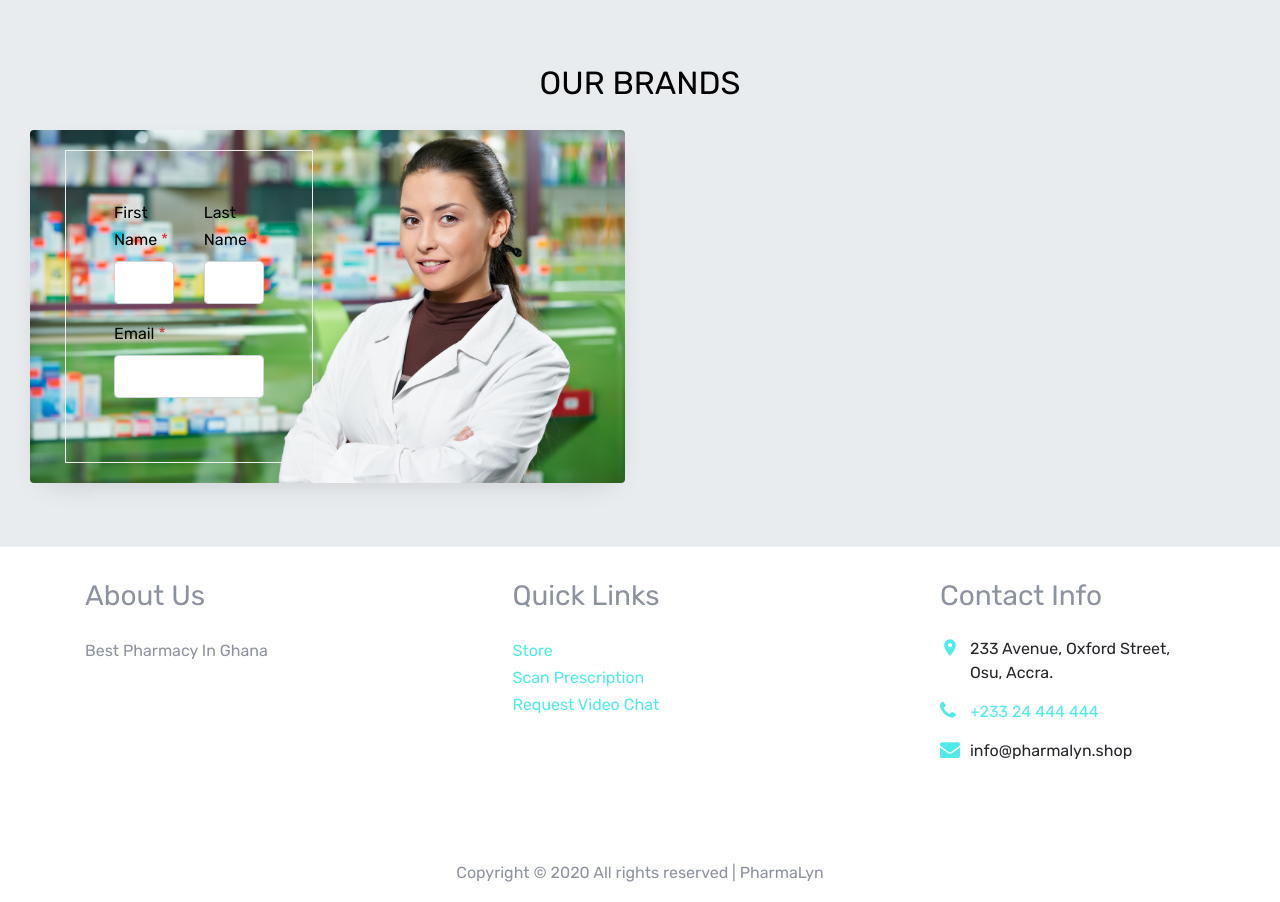
Repository: Nat-A/finalyearproject
Page: pharma/index - Copy.html
These files come from the project's save history. The page is drawn as it stood at one moment and after the next save; the edit follows.
The browser window is 1280 px wide. The pictures show the part of the page from y = 802 to 1704 px (the page is 1704 px tall).

Above is the page before, as saved 2020-06-03 12:48:50.

### pharma/index - Copy.html
<!DOCTYPE html>
<html lang="en">

<head>
    <title>PharmaLyn &mdash; HomePage</title>
    <meta charset="utf-8">
    <meta name="viewport" content="width=device-width, initial-scale=1, shrink-to-fit=no">

    <link href="https://fonts.googleapis.com/css?family=Rubik:400,700|Crimson+Text:400,400i" rel="stylesheet">
    <link rel="stylesheet" href="fonts/icomoon/style.css">

    <link rel="stylesheet" href="css/bootstrap.min.css">
    <link rel="stylesheet" href="css/magnific-popup.css">
    <link rel="stylesheet" href="css/jquery-ui.css">
    <link rel="stylesheet" href="css/owl.carousel.min.css">
    <link rel="stylesheet" href="css/owl.theme.default.min.css">


    <link rel="stylesheet" href="css/aos.css">

    <link rel="stylesheet" href="css/style.css">

</head>

<body>

    <div class="site-wrap">

        <!-- navbar  -->
        <div class="site-navbar py-2">

            <div class="search-wrap">
                <div class="container">
                    <a href="#" class="search-close js-search-close"><span class="icon-close2"></span></a>
                    <!-- search feature -->
                    <form action="#" method="post">
                        <input type="text" class="form-control" placeholder="Search drug...">
                    </form>
                </div>
            </div>

            <div class="container">
                <div class="d-flex align-items-center justify-content-between">
                    <div class="logo">
                        <div class="site-logo">
                            <a href="index.html" class="js-logo-clone">PharmaLyn</a>
                        </div>
                    </div>
                    <div class="main-nav d-none d-lg-block">
                        <nav class="site-navigation text-right text-md-center" role="navigation">
                            <ul class="site-menu js-clone-nav d-none d-lg-block">
                                <li class="active"><a href="index.html">Home</a></li>

                                <li class="has-children">
                                    <a href="#">Services</a>
                                    <ul class="dropdown">
                                        <li><a href="shop.html">Store</a></li>
                                        <li><a href="#">Scan Prescription</a></li>
                                        <li><a href="#">Request Video Chat</a></li>
                                    </ul>
                                </li>
                                <li><a href="contact.html">Contact</a></li>
                                <li><a href="about.html">About</a></li>
                                <li><a href="#">Log In / Sign Up  </a></li>
                                <!-- insert modal here -->
                            </ul>
                        </nav>
                    </div>
                    <div class="icons">
                        <a href="#" class="icons-btn d-inline-block js-search-open"><span class="icon-search"></span></a>
                        <a href="cart.html" class="icons-btn d-inline-block bag">
                            <span class="icon-shopping-bag"></span>
                            <!-- subject to the items in the cart -->
                            <span class="number">2</span>
                        </a>
                        <a href="#" class="site-menu-toggle js-menu-toggle ml-3 d-inline-block d-lg-none"><span
                class="icon-menu"></span></a>
                    </div>
                </div>
            </div>
        </div>
        <!-- end of navbar -->


        <!-- site banner -->
        <div class="site-blocks-cover" style="background-image: url('images/pills.jpg');">
            <div class="container">
                <div class="row">
                    <div class="col-lg-7 mx-auto order-lg-2 align-self-center">
                        <div class="site-block-cover-content text-center">
                            <h2 class="sub-title">PharmaLyn, We Care For You</h2>
                            <h1>Welcome To PharmaLyn</h1>
                            <p>
                                <a href="shop.html" class="btn btn-primary px-5 py-3">Shop Now</a>
                            </p>
                        </div>
                    </div>
                </div>
            </div>
        </div>
        <!-- end of banner -->


        <!-- brands -->
        <div class="jumbotron jumbotron-fluid" style="background: ">
            <div class="container col-lg-12 col-md-12 m-sm-auto">
                <div class="row">
                    <div class="title-section text-center col-12">
                        <h2 class="text-uppercase">Our Brands</h2>
                    </div>
                </div>

                <div class="col-lg-6 mb-5 mb-lg-0 ">
                    <a class="banner-1 h-100 d-flex " style="background-image: url( 'images/avatars/doctor4.jpg'); ">
                        <div class="banner-1-inner align-self-center ">

                            <div class="col-md-12">

                                <form action="#" method="post">

                                    <div class="p-3 p-lg-5 border">
                                        <div class="form-group row">
                                            <div class="col-md-6">
                                                <label for="c_fname" class="text-black">First Name <span class="text-danger">*</span></label>
                                                <input type="text" class="form-control" id="c_fname" name="c_fname">
                                            </div>
                                            <div class="col-md-6">
                                                <label for="c_lname" class="text-black">Last Name <span class="text-danger">*</span></label>
                                                <input type="text" class="form-control" id="c_lname" name="c_lname">
                                            </div>
                                        </div>
                                        <div class="form-group row">
                                            <div class="col-md-12">
                                                <label for="c_email" class="text-black">Email <span class="text-danger">*</span></label>
                                                <input type="email" class="form-control" id="c_email" name="c_email" placeholder="">
                                            </div>
                                        </div>




                                    </div>
                                </form>
                            </div>
                        </div>
                    </a>
                </div>








            </div>
        </div>
        <div class="container ">
            <div class="row ">
                <div class="col-md-6 col-lg-3 mb-4 mb-lg-0 ">

                    <div class="block-7 ">
                        <h3 class="footer-heading mb-4 ">About Us</h3>
                        <p>Best Pharmacy In Ghana</p>
                    </div>

                </div>
                <div class="col-lg-3 mx-auto mb-5 mb-lg-0 ">
                    <h3 class="footer-heading mb-4 ">Quick Links</h3>
                    <ul class="list-unstyled ">
                        <li><a href="shop.html ">Store</a></li>
                        <li><a href="# ">Scan Prescription</a></li>
                        <li><a href="# ">Request Video Chat</a></li>
                    </ul>
                </div>

                <div class="col-md-6 col-lg-3 ">
                    <div class="block-5 mb-5 ">
                        <h3 class="footer-heading mb-4 ">Contact Info</h3>
                        <ul class="list-unstyled ">
                            <li class="address ">233 Avenue, Oxford Street, Osu, Accra. </li>
                            <li class="phone "><a href="tel:// ">+233 24 444 444</a></li>
                            <li class="email ">info@pharmalyn.shop</li>
                        </ul>
                    </div>
                </div>
            </div>
            <div class="row pt-5 text-center ">
                <div class="col-md-12 ">
                    <p>
                        Copyright &copy;
                        <script>
                            document.write(new Date().getFullYear());
                        </script> All rights reserved | PharmaLyn
                    </p>
                </div>
            </div>
        </div>
        </footer>
        <!-- end of footer -->
    </div>

    <script src="js/jquery-3.3.1.min.js "></script>
    <script src="js/jquery-ui.js "></script>
    <script src="js/popper.min.js "></script>
    <script src="js/bootstrap.min.js "></script>
    <script src="js/owl.carousel.min.js "></script>
    <script src="js/jquery.magnific-popup.min.js "></script>
    <script src="js/aos.js "></script>

    <script src="js/main.js "></script>

</body>

</html>

Loaded but not shown: pharma/fonts/icomoon/style.css (common file); pharma/css/bootstrap.min.css (library); pharma/css/magnific-popup.css (library); pharma/css/jquery-ui.css (library); pharma/css/owl.carousel.min.css (common file); pharma/css/owl.theme.default.min.css (common file); pharma/css/aos.css (library); pharma/js/jquery-3.3.1.min.js (library); pharma/js/jquery-ui.js (library); pharma/js/popper.min.js (library); pharma/js/bootstrap.min.js (library); pharma/js/owl.carousel.min.js (library); pharma/js/jquery.magnific-popup.min.js (library); pharma/js/aos.js (library); pharma/js/main.js (219 lines, source omitted); pharma/css/style.css (1125 lines, source omitted)

After the next save:
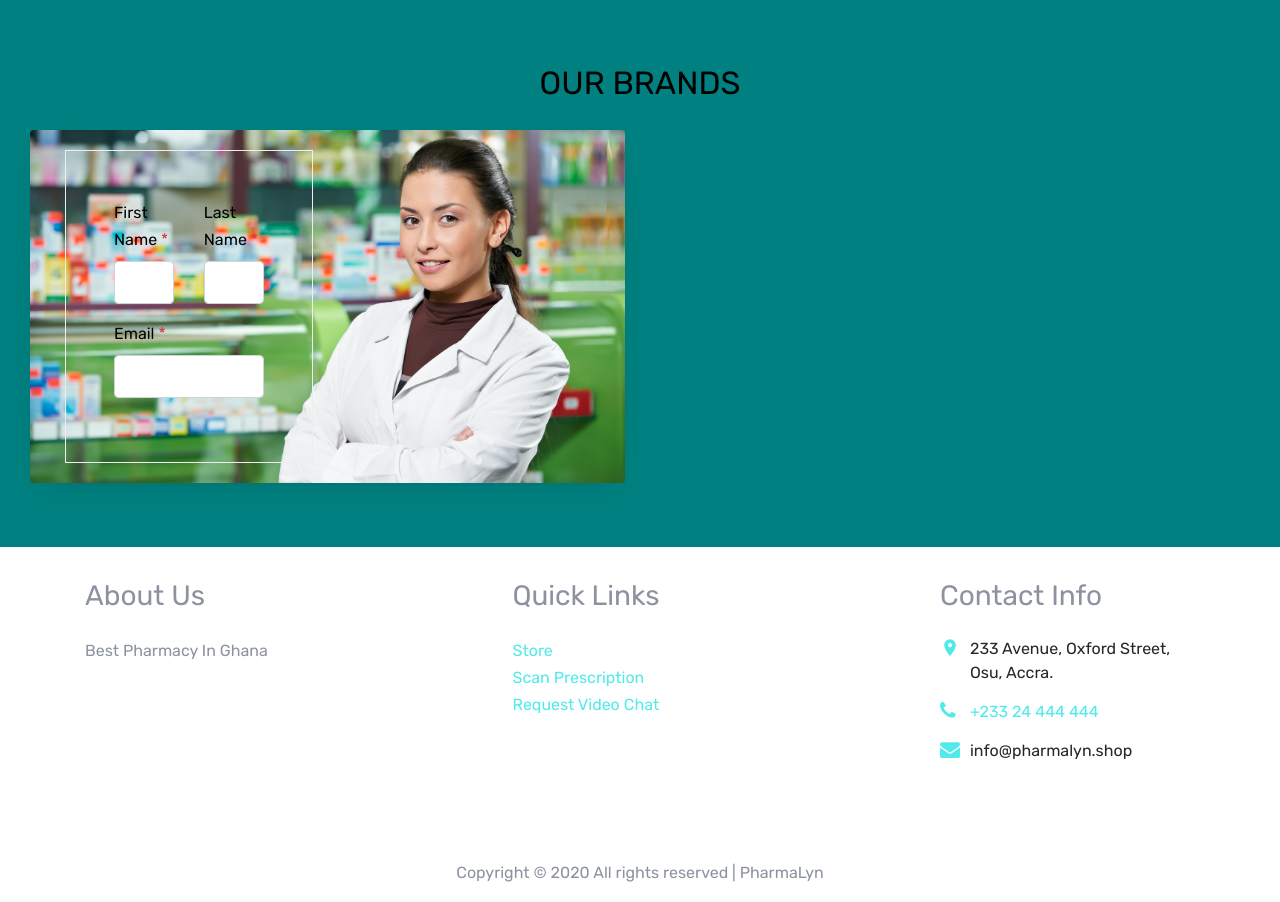
Saved 10 s later.
--- a/pharma/index - Copy.html
+++ b/pharma/index - Copy.html
@@ -102,7 +102,7 @@
 
 
         <!-- brands -->
-        <div class="jumbotron jumbotron-fluid" style="background: ">
+        <div class="jumbotron jumbotron-fluid" style="background: teal">
             <div class="container col-lg-12 col-md-12 m-sm-auto">
                 <div class="row">
                     <div class="title-section text-center col-12">
